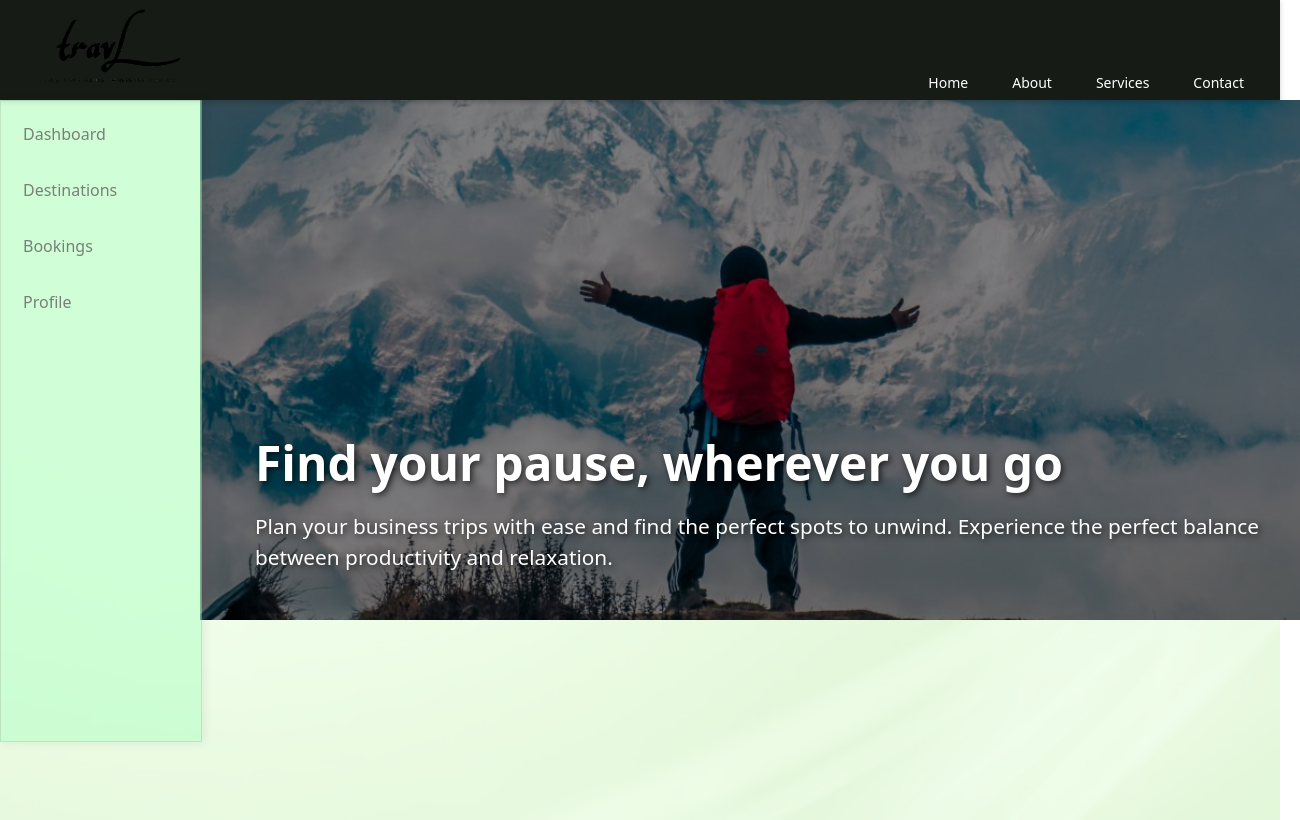
Repository: Nakib-Arman/Javafest25---travL
Page: / (app in Frontend/)
The author's editor kept a copy of each file at every save. The page is drawn from the files as they stood at one save, then again after the next save.
The browser window is 1280 px wide. The page is 1300 px wide, so the pictures cover 1300 px, including what lies to the right of the window. The pictures show the whole page.
Pictures or frames that could not be fetched are drawn as grey boxes. The project was rebuilt for these pictures with package versions that can differ from the ones it lists, and the page was loaded fresh each time. Also part of the build but not shown: Frontend/vite.config.js.

Above is the page before, as saved 2025-08-13 08:58:06.

### Frontend/src/App.jsx
import { useState } from 'react'

import Home from './Components/Home'

function App() {
  const [count, setCount] = useState(0)

  return (
    <div>
      <Home/>
    </div>
  )
}

export default App

### Frontend/src/Components/Home.jsx
import React, { useState, useEffect } from 'react';
import '../CSS/Home.css';
import Topbar from './Topbar';
import Sidebar from './Sidebar';

import img1 from '../assets/travel1.jpg';
import img2 from '../assets/travel2.jpg';
import img3 from '../assets/travel3.jpg';
import logo from '../assets/Logo1.png';  // adjust the path as needed


export default function Home() {
  const images = [img1, img2, img3];
  const [currentIndex, setCurrentIndex] = useState(0);

  useEffect(() => {
    const timer = setInterval(() => {
      setCurrentIndex((prev) => (prev + 1) % images.length);
    }, 8000);
    return () => clearInterval(timer);
  }, [images.length]);

  return (
    <div className="home-container">
      <Topbar />
      <Sidebar />

      <div className="slideshow-container">
        <div
          className="slide-track"
          style={{ transform: `translateX(-${currentIndex * 100}%)` }}
        >
          {images.map((src, idx) => (
            <img key={idx} src={src} alt={`Slide ${idx}`} className="slide-image" />
          ))}
        </div>

        <div className="overlay-text">
          <h1>Find your pause, wherever you go</h1>
          <p>Plan your business trips with ease and find the perfect spots to unwind.
          Experience the perfect balance between productivity and relaxation.</p>
        </div>
      </div>
    </div>
  );
}

### Frontend/src/CSS/Home.css
.home-container {
    margin: 0;
    padding: 0;

    height: 100vh;
    width: 100vw;

    background-image: url('../assets/background2.jpg');
    background-position: center;
    background-repeat: no-repeat;
    background-size: cover;

    position: relative;
    color: black;
}


.home-container::before {
    content: '';
    position: absolute;
    top: 0;
    left: 0;
    right: 0;
    bottom: 0;
    background: rgba(241, 255, 238, 0.9);
    z-index: 1;
    pointer-events: none;
}



/* Slideshow adjusted to leave space for navbars */
.slideshow-container {
    position: relative;
    margin-top: 100px;
    /* space for topbar */
    margin-left: 200px;
    /* space for sidebar */
    width: calc(100% - 180px);
    height: calc(100% - 200px);
    /* 60% of viewport height */
    overflow: hidden;
    background-color: black;
    /* fallback */
    z-index: 2;
}

.slide-track {
    display: flex;
    transition: transform 0.8s ease-in-out;
    height: 100%;
}

.slide-image {
    min-width: 100%;
    height: 100%;
    object-fit: cover;
    opacity: 0.5;
}

/* Text overlay on slideshow */
.overlay-text {
    position: absolute;
    bottom: 5%;
    left: 5%;
    transform: none;
    text-align: left;
    color: white;
    text-shadow: 2px 2px 6px rgba(0, 0, 0, 0.7);
    z-index: 2;
}

.overlay-text h1 {
    font-size: 3rem;
    margin-bottom: 10px;
}

.overlay-text p {
    font-size: 1.3rem;
}

### Frontend/src/Components/Topbar.jsx
// src/components/Topbar.js
import React from 'react';
import '../CSS/Topbar.css';

export default function Topbar() {
  return (
    <nav className="topbar">
      <a className="logo-link" href="/"></a>

      <div className="nav-buttons">
        <button>Home</button>
        <button>About</button>
        <button>Services</button>
        <button>Contact</button>
      </div>
    </nav>
  );
}

### Frontend/src/Components/Sidebar.jsx
// src/components/Sidebar.js
import React from 'react';
import '../CSS/Sidebar.css';

export default function Sidebar() {
  return (
    <div className="sidebar">
      <button>Dashboard</button>
      <button>Destinations</button>
      <button>Bookings</button>
      <button>Profile</button>
    </div>
  );
}

### Frontend/src/CSS/Topbar.css
.topbar {
    position: fixed;
    top: 0;
    left: 0;
    right: 0;
    height: 100px;
    background-color: #161b16;
    display: flex;
    justify-content: space-between;
    align-items: flex-end;
    padding: 0 20px;
    box-shadow: 0 2px 5px rgba(0,0,0,0.2);
    z-index: 1000;
  }

  /* Logo */
  .logo-link {
    display: inline-block;
    height: 100px;   /* make bigger if needed */
    width: 180px;
    background-image: url('../assets/Logo1.png');
    background-size: contain;
    background-repeat: no-repeat;
    background-position: center;
  }

  /* Navigation buttons container */
  .nav-buttons {
    display: flex;
    gap: 12px;
  }

  /* Button styling */
  .nav-buttons button {
    background-color: transparent;
    color: white;
    border: none;
    padding: 8px 16px;
    border-radius: 6px;
    font-size: 14px;
    font-weight: 500;
    cursor: pointer;
    transition: background-color 0.3s ease;
  }

  .nav-buttons button:hover {
    background-color: white;
    color: black;
  }

### Frontend/src/CSS/Sidebar.css
.sidebar {
  position: fixed;
  top: 100px; /* below topbar height */
  left: 0;
  width: 180px;
  height: calc(100vh - 100px);
  background-color: #aeffc2;
  opacity: 0.5;
  display: flex;
  flex-direction: column;
  padding: 10px;
  gap: 10px;
  z-index: 1000;

  /* Border + shadow */
  border: 1px solid rgba(0, 0, 0, 0.2);
  box-shadow: 2px 0 10px rgba(0, 0, 0, 0.15);
}


  .sidebar button {
    background-color: transparent;
    color: black;
    border: none;
    padding: 12px;
    text-align: left;
    border-radius: 4px;
    cursor: pointer;
    transition: background-color 0.3s ease;
  }

  .sidebar button:hover {
    background-color: #666;
  }

Loaded but not shown: Frontend/index.html (common file); Frontend/src/main.jsx (common file); Frontend/src/index.css (common file)

After the next save:
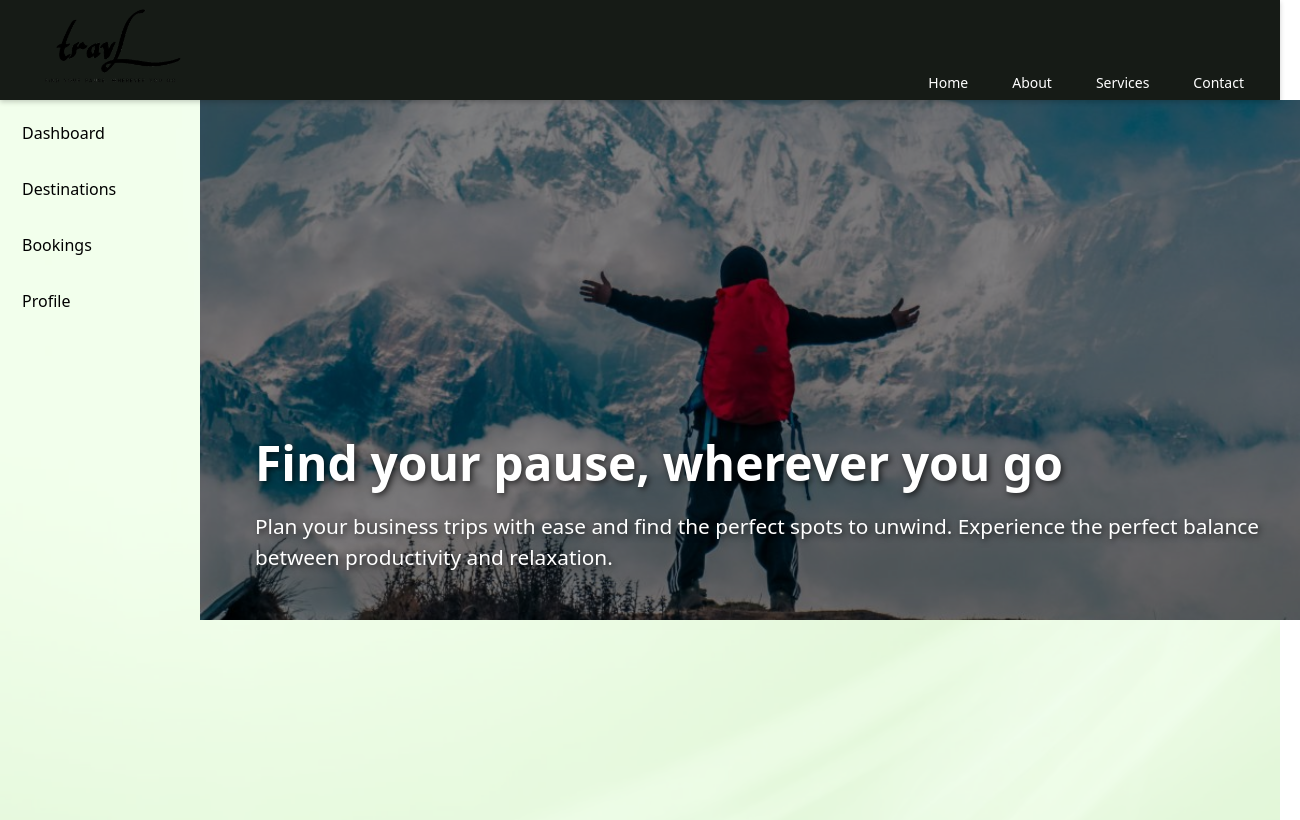
Saved 29 s later.
--- a/Frontend/src/CSS/Sidebar.css
+++ b/Frontend/src/CSS/Sidebar.css
@@ -1,22 +1,16 @@
 .sidebar {
-  position: fixed;
-  top: 100px; /* below topbar height */
-  left: 0;
-  width: 180px;
-  height: calc(100vh - 100px);
-  background-color: #aeffc2;
-  opacity: 0.5;
-  display: flex;
-  flex-direction: column;
-  padding: 10px;
-  gap: 10px;
-  z-index: 1000;
-
-  /* Border + shadow */
-  border: 1px solid rgba(0, 0, 0, 0.2);
-  box-shadow: 2px 0 10px rgba(0, 0, 0, 0.15);
-}
-
+    position: fixed;
+    top: 100px; /* below topbar height */
+    left: 0;
+    width: 180px;
+    height: calc(100vh - 100px);
+    background-color: transparent;
+    display: flex;
+    flex-direction: column;
+    padding: 10px;
+    gap: 10px;
+    z-index: 1000;
+  }
 
   .sidebar button {
     background-color: transparent;
